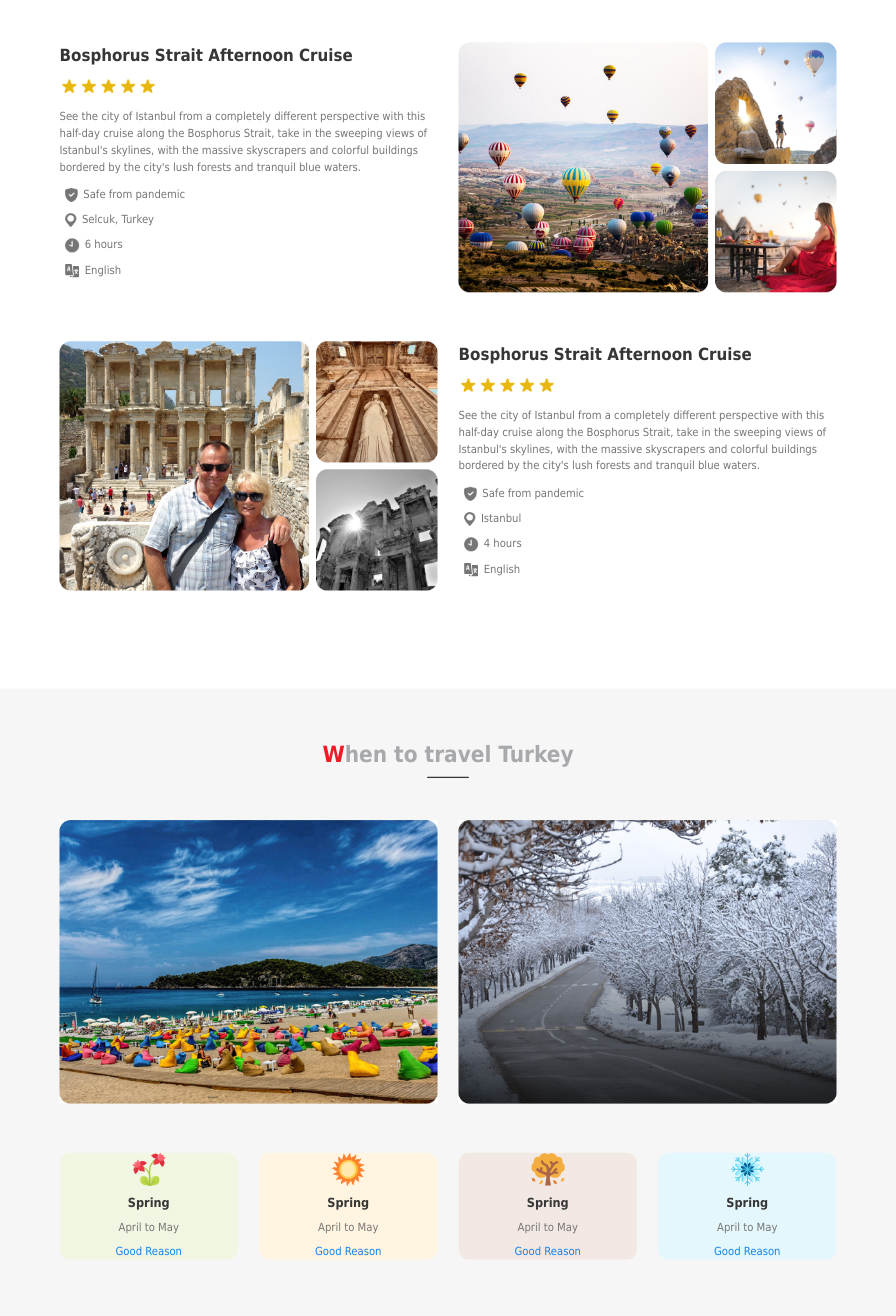
Repository: cvminhquan/turkey
Page: index.html
An editor plug-in stored every save of this project. The page is shown before and after the next save, followed by the edit.
The browser window is 1280 px wide. The pictures show the part of the page from y = 1881 to 3801 px (the page is 3761 px tall before and 3801 px after), at 70% of full size.
The style sheet was rebuilt from its Sass, Less or Tailwind sources for each picture, by a compiler version that may differ from the author's.

Above is the page before, as saved 2022-09-15 20:05:02.

After the next save:
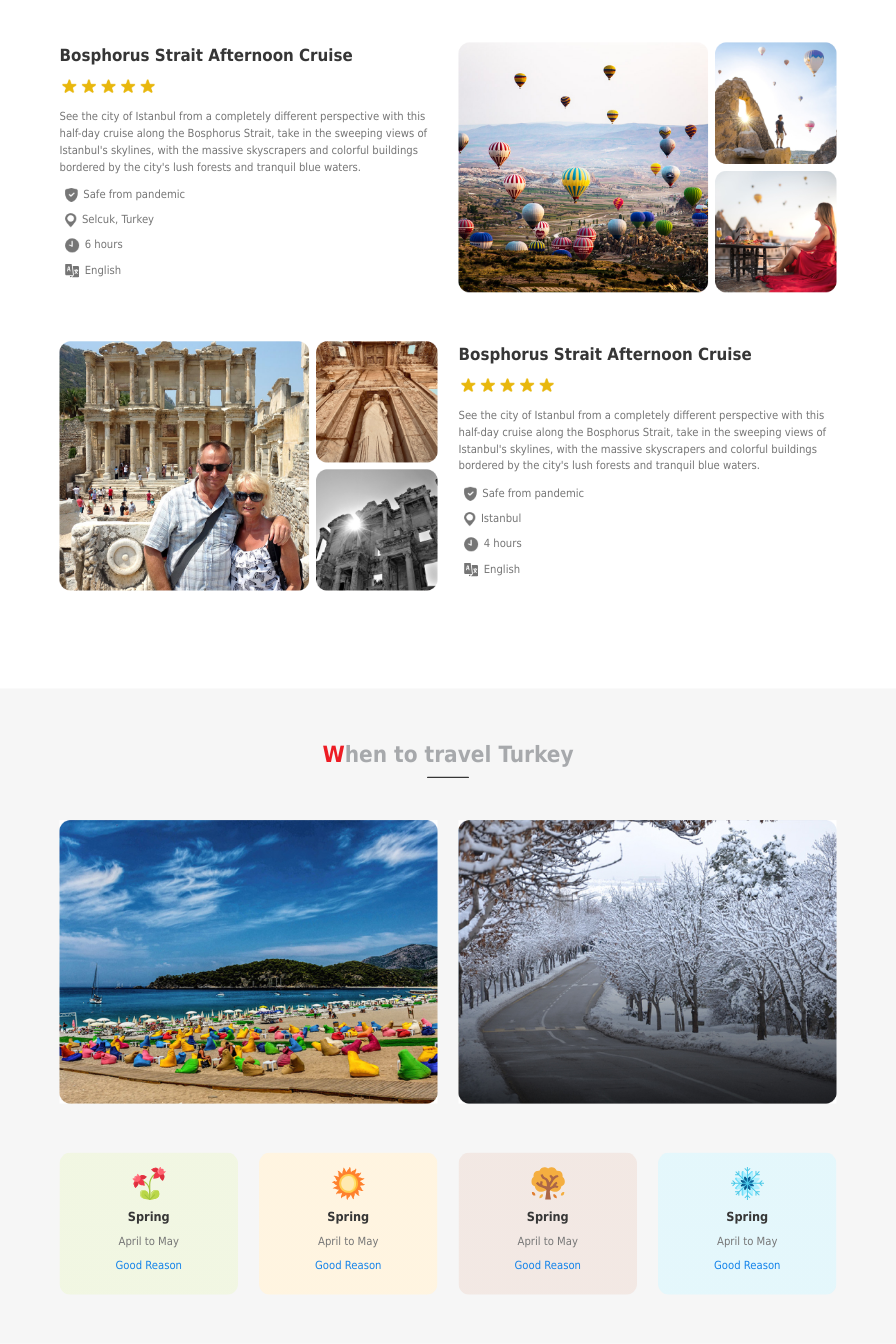
Saved 68 s later.
--- a/scss/main.scss
+++ b/scss/main.scss
@@ -14,7 +14,6 @@ header {}
     text-align: center;
     justify-content: center;
     transition: 0.3s;
-
     .logo-scroll {
         opacity: 0;
         visibility: hidden;
@@ -31,7 +30,6 @@ header {}
     position: relative;
     z-index: 1;
     background: #fff;
-
     .nav-link {
         display: flex;
         align-items: center;
@@ -43,21 +41,16 @@ header {}
         border-radius: 10px;
         transition: 0.3s ease-out;
         color: #000;
-
-
         &:last-child {
             margin-right: 0;
         }
-
         &:hover {
             background: rgba(0, 0, 0, 0.1);
         }
-
         &:nth-child(2) {
             color: #ed1c24;
             font-weight: 700;
         }
-
         img {
             box-shadow: 0 3px 15px rgba(0, 0, 0, 0.15);
             border-radius: 15px;
@@ -80,7 +73,6 @@ header {}
     margin-bottom: 60px;
     text-align: center;
     position: relative;
-
     &::after {
         position: absolute;
         content: '';
@@ -91,33 +83,26 @@ header {}
         bottom: 0;
         left: calc(50% - 30px);
     }
-
     &.title-white {
         color: #fff;
         text-align: left;
-
         &::after {
             left: 0;
             background: #fff;
         }
     }
-
     &.title-left::after {
         left: 0;
     }
-
     &.title-line-white::after {
         background: #fff;
     }
-
     &.title-left {
         text-align: left;
-
         &.title-left:after {
             left: 0;
         }
     }
-
     &:first-letter {
         color: #ED1C24;
     }
@@ -147,13 +132,11 @@ header {}
     background: #FFFFFF;
     border: #ED1C24 2px solid;
     border-radius: 16px;
-
     .description {
         color: #363636;
         font-weight: $font-bolder;
         font-size: 18px;
     }
-
     .button-apply {
         padding: 1rem 56px;
         background-color: #ED1C24;
@@ -174,11 +157,17 @@ header {}
 .p-5 {
     padding: 0 5px;
 }
-.p-l-r-30{
+
+.p-l-r-30 {
     padding: 0 30px;
- }
+}
+
 .map-img {
     border-radius: 1rem;
+}
+
+.p-20 {
+    padding: 20px;
 }
 
 .h1-title {
@@ -209,13 +198,16 @@ header {}
     background: linear-gradient(0deg, rgba(171, 102, 71, 0.15), rgba(171, 102, 71, 0.15)), #FFFFFF;
     border-radius: 16px;
 }
-.bg-winter{
+
+.bg-winter {
     background: linear-gradient(0deg, rgba(75, 202, 232, 0.15), rgba(75, 202, 232, 0.15)), #FFFFFF;
     border-radius: 16px;
 }
-.m-10px{
+
+.m-10px {
     padding: -1rem;
 }
-.w-24{
+
+.w-24 {
     width: 24%;
 }
